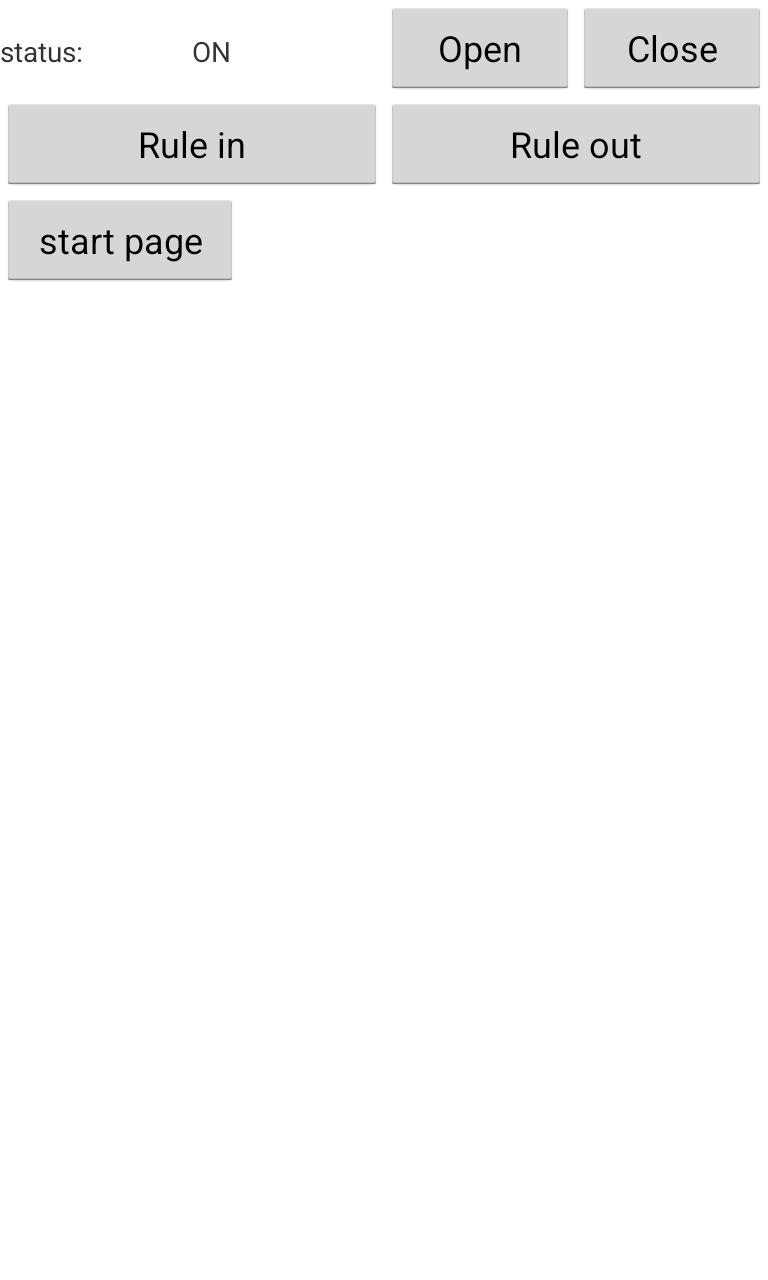
Repository: dthas/d_firewall_c
Layout: src/main/android/eclipse_project/dfirewall/res/layout/activity_main.xml
An editor plug-in stored every save of this project. The layout is shown before and after the next save, followed by the edit.
It is drawn on a 768 x 1280 px phone screen (xhdpi) without system bars, with theme AppTheme; the app's code is not run.

Above is the layout before, as saved 2017-02-05 04:37:22.

### src/main/android/eclipse_project/dfirewall/res/layout/activity_main.xml
<LinearLayout xmlns:android="http://schemas.android.com/apk/res/android"
android:layout_width="fill_parent"
android:layout_height="wrap_content"
android:orientation="vertical" >

    <LinearLayout
        android:layout_width="fill_parent"
		android:layout_height="wrap_content"
		android:orientation="horizontal" >

	        <TextView
				android:id="@+id/text_view_1"
				android:layout_width="fill_parent"
				android:layout_height="wrap_content"
				android:layout_weight="1"
				android:text="status:" />

	        <TextView
				android:id="@+id/text_view_2"
				android:layout_width="fill_parent"
				android:layout_height="wrap_content"
				android:layout_weight="1"
				android:text="ON" />

	        <Button
			android:id="@+id/button_1"
			android:layout_width="fill_parent"
			android:layout_height="wrap_content"
			android:layout_weight="1"
			android:text="Open" />

			<Button
			android:id="@+id/button_2"
			android:layout_width="fill_parent"
			android:layout_height="wrap_content"
			android:layout_weight="1"
			android:text="Close" />
	</LinearLayout>



    <LinearLayout
       	android:layout_width="fill_parent"
		android:layout_height="wrap_content"
		android:orientation="horizontal" >

			<Button
			android:id="@+id/button_3"
			android:layout_width="fill_parent"
			android:layout_height="wrap_content"
			android:layout_weight="1"
			android:text="Rule in" />

			<Button
			android:id="@+id/button_4"
			android:layout_width="fill_parent"
			android:layout_height="wrap_content"
			android:layout_weight="1"
			android:text="Rule out" />

	</LinearLayout>



    <LinearLayout
       	android:layout_width="wrap_content"
		android:layout_height="wrap_content"
		android:orientation="horizontal" >

			<Button
			android:id="@+id/button_5"
			android:layout_width="120dp"
			android:layout_height="wrap_content"
			android:layout_weight="1"
			android:alignParentBottom="true"
			android:text="start page" />



	</LinearLayout>

</LinearLayout>

Loaded but not shown: src/main/android/eclipse_project/dfirewall/res/values/styles.xml (common file); src/main/android/eclipse_project/dfirewall/res/values-v11/styles.xml (common file); src/main/android/eclipse_project/dfirewall/res/values-v14/styles.xml (common file)

After the next save:
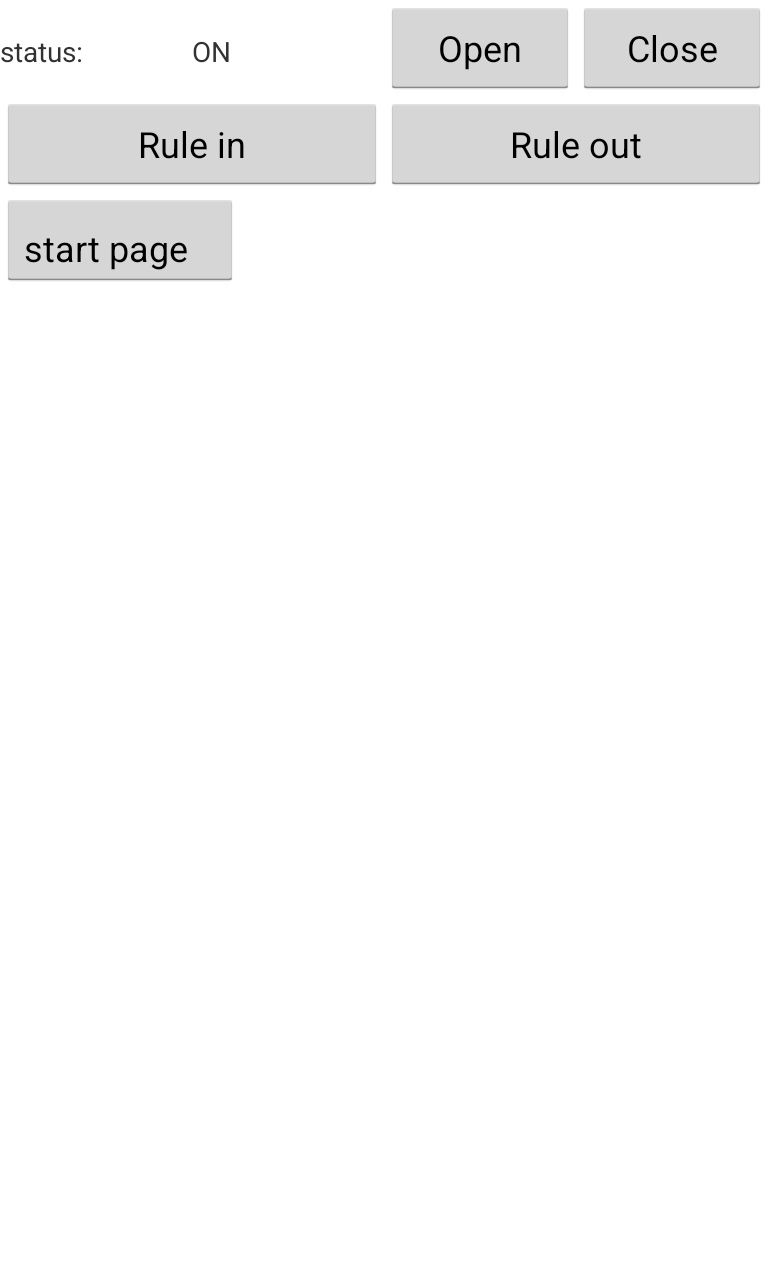
Saved 3 min 16 s later.
--- a/src/main/android/eclipse_project/dfirewall/res/layout/activity_main.xml
+++ b/src/main/android/eclipse_project/dfirewall/res/layout/activity_main.xml
@@ -72,7 +72,7 @@
 			android:layout_width="120dp"
 			android:layout_height="wrap_content"
 			android:layout_weight="1"
-			android:alignParentBottom="true"
+			android:gravity="bottom"
 			android:text="start page" />
 
 

After the save that followed:
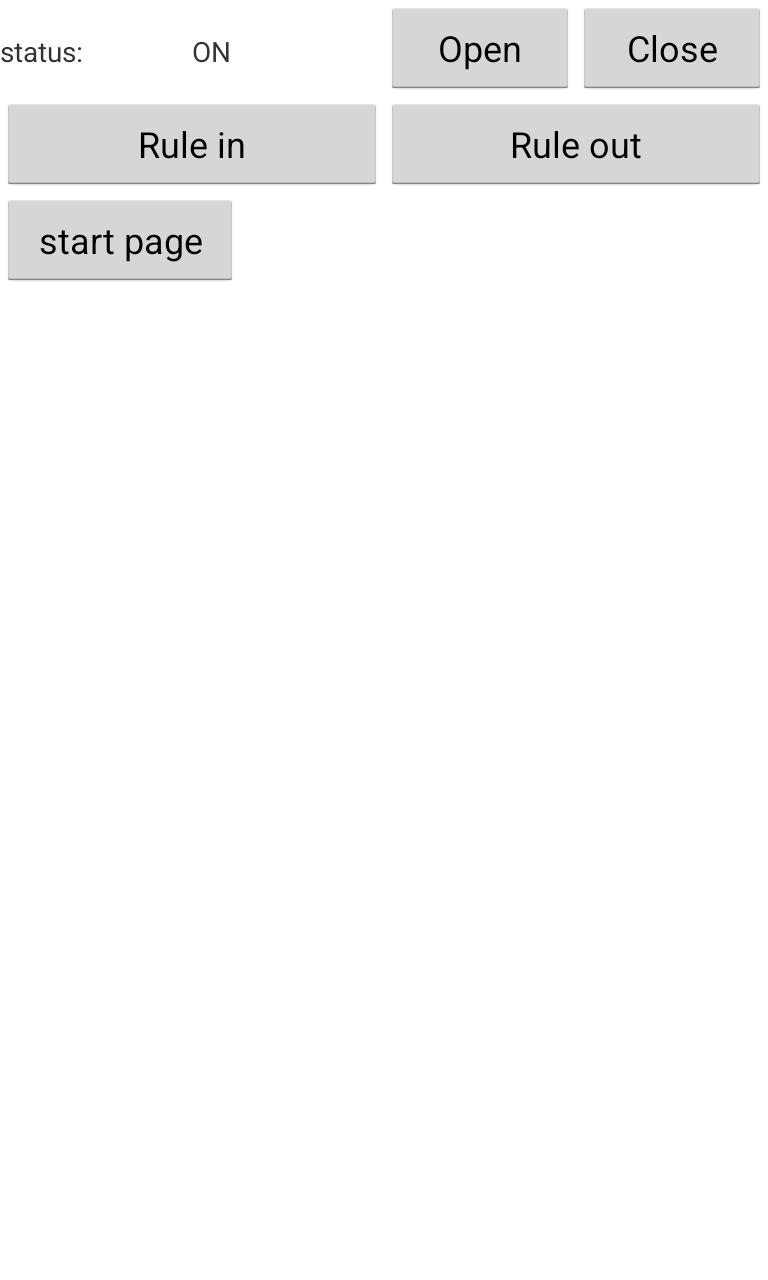
Saved 93 s later.
--- a/src/main/android/eclipse_project/dfirewall/res/layout/activity_main.xml
+++ b/src/main/android/eclipse_project/dfirewall/res/layout/activity_main.xml
@@ -72,7 +72,7 @@
 			android:layout_width="120dp"
 			android:layout_height="wrap_content"
 			android:layout_weight="1"
-			android:gravity="bottom"
+			android:layout_gravity="bottom"
 			android:text="start page" />
 
 
